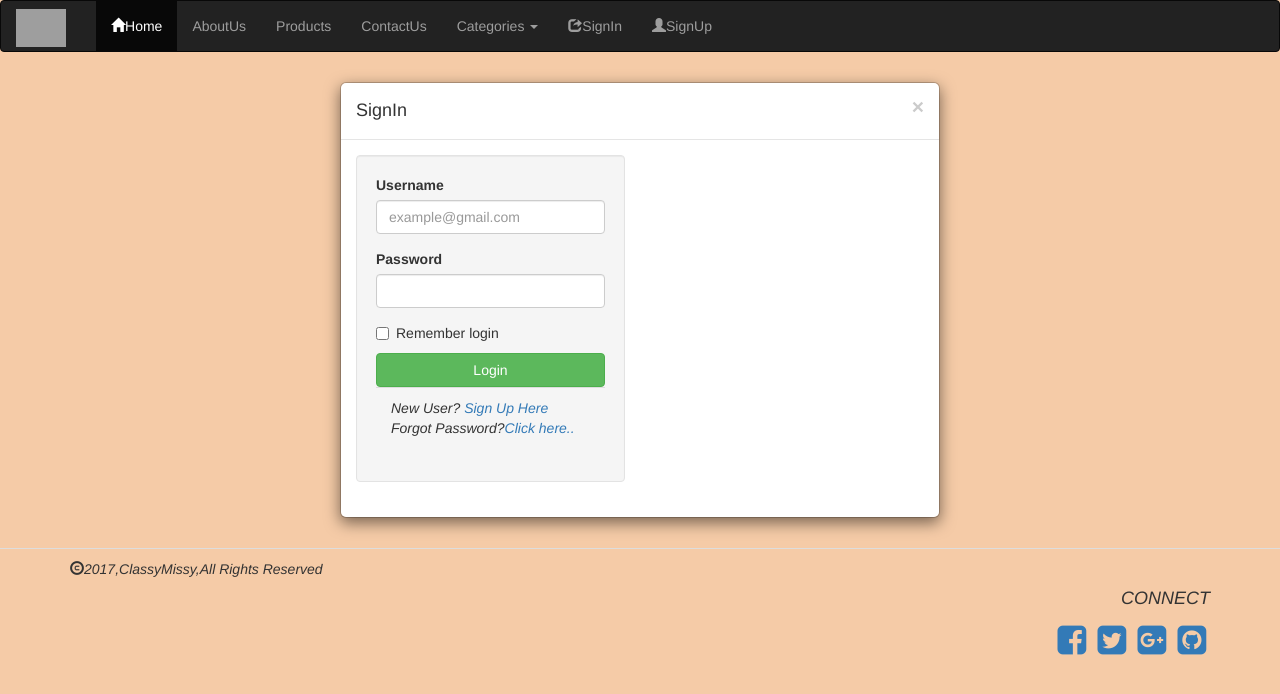
Repository: ananthi024/eCommerce-Project
Page: http://localhost/ClassyMissyFrontend/WEB-INF/views/Login.jsp
The author's editor kept a copy of each file at every save. The page is drawn from the files as they stood at one save, then again after the next save.
The browser window is 1280 px wide. The pictures show the whole page.
Pictures or frames that could not be fetched are drawn as grey boxes. Some web libraries are served in a nearby version. The page is served by Tomcat 9. Nobody is signed in. Other server files are loaded and not shown. The template is opened directly, without the code that normally fills it, so the values that code supplies are empty.

Above is the page before, as saved 2017-07-11 07:21:40.
Console error (its wording comes from the project's code and is left out).

### 11th July/MyProject/ClassyMissyFrontend/src/main/webapp/WEB-INF/views/Login.jsp
<%@ page language="java" contentType="text/html"%>
<%@include file="Header.jsp" %>
<link href="//maxcdn.bootstrapcdn.com/font-awesome/4.1.0/css/font-awesome.min.css" rel="stylesheet">
<meta name="viewport" content="width=device-width,initial-scale=1">
<link rel="stylesheet" href="https://maxcdn.bootstrapcdn.com/bootstrap/3.3.7/css/bootstrap.min.css">
<script src="https://maxcdn.bootstrapcdn.com/bootstrap/3.3.7/js/bootstrap.min.js"></script>
<script src="https://ajax.googleapis.com/ajax/libs/jquery/3.1.1/jquery.min.js"></script>
</head>
<body>
    <div id="login-overlay" class="modal-dialog">
      <div class="modal-content">
          <div class="modal-header">
              <button type="button" class="close" data-dismiss="modal"><span aria-hidden="true">×</span><span class="sr-only">Close</span></button>
              <h4 class="modal-title" id="myModalLabel">SignIn </h4>
          </div>
          <div class="modal-body">
              <div class="row">
                  <div class="col-xs-6">
                      <div class="well">
                          <form id="loginForm" action="perform_login" method="POST"  novalidate="novalidate" required>
                              <div class="form-group">
                                  <label for="username" class="control-label">Username</label>
                                  <input type="text" class="form-control" id="username" name="username" value="" required="" title="Please enter you username" placeholder="example@gmail.com">
                                  <span class="help-block"></span>
                              </div>
                              <div class="form-group">
                                  <label for="password" class="control-label">Password</label>
                                  <input type="password" class="form-control" id="password" name="password" value="" required="" title="Please enter your password">
                                  <span class="help-block"></span>
                              </div>
                              <div id="loginErrorMsg" class="alert alert-error hide">Wrong username or password</div>
                              <div class="checkbox">
                                  <label>
                                      <input type="checkbox" name="remember" id="remember"> Remember login
                                  </label>

                              </div>
                              <button  type="submit" class="btn btn-success btn-block">Login</button>
                              <div class="panel-footer ">
						New User? <a href="Register" onClick=""> Sign Up Here </a>
						</br>
						Forgot Password?<a href="ForgetPassword" onClick="">Click here..</a>
					</div>
                          </form>
                      </div>
                  </div>

              </div>
          </div>
      </div>
  </div>
  <%@include file="Footer.jsp" %>
  </body>
  </html>

### 11th July/MyProject/ClassyMissyFrontend/src/main/webapp/WEB-INF/views/Header.jsp
<%@ page language="java" contentType="text/html"%>
<%@ taglib uri="http://java.sun.com/jsp/jstl/core" prefix="c" %>
<html>
<head>
<title>ClassyMissy</title>

<meta name="viewport" content="width=device-width,initial-scale=1">
<link rel="stylesheet" href="https://maxcdn.bootstrapcdn.com/bootstrap/3.3.7/css/bootstrap.min.css">
<script src="https://maxcdn.bootstrapcdn.com/bootstrap/3.3.7/js/bootstrap.min.js"></script>
<script src="https://ajax.googleapis.com/ajax/libs/jquery/3.1.1/jquery.min.js"></script>

</head>
<body style="background-color:#f5cba7">
<form action="gh">
<!-- Starting The Navbar Code -->
<nav class="navbar navbar-inverse">
<div class="container-fluid">

<div class="navbar-header">
<a class="navbar-brand" rel="home" href="#" title="The Exprssion of Pearl">
                <img style="max-width:50px; margin-top: -7px;"
                     src="cma2.jpg">
            </a>
<a class="navbar-brand" href="Home.jsp"></a>
</div>
<div>
<c:if test="${sessionScope.loggedIn }">

<ul class="nav navbar-nav">
<li class="active"><a href="AdminHome"><span class="glyphicon glyphicon-home"></span>Home</a></li>
<li><a href="Category">Manage Category</a></li>
<li><a href="displayProduct">Manage Products</a>
<li><a href="Supplier">Manage Supplier</a></li>
<div class="nav navbar-nav navbar-right">
<li><a href="Header">Logout</a></li>
</div>

 <div class="nav navbar-nav navbar-right">
  <a href="#">${sessionScope.username}</a>


 </ul>
 </div>
 </c:if>
  </div>

<c:if test="${!sessionScope.loggedIn }">

<ul class="nav navbar-nav">
<li class="active"><a href="index.jsp"><span class="glyphicon glyphicon-home"></span>Home</a></li>
<li><a href="AboutUs">AboutUs</a></li>
<li><a href="displayProduct">Products</a>
<li><a href="ContactUs">ContactUs</a></li>
 <li class="dropdown"><a href="#" class="dropdown-toggle"
 data-toggle="dropdown" role="button" aria-haspopup="true"
 aria-expanded="false">Categories <span class="caret"></span></a>
          <ul class="dropdown-menu">
            <li><a href="#">Earing</a></li>
            <li><a href="#">Bracelet</a></li>
            <li><a href="#">Ring</a></li>
          </ul></li>

<div class="nav navbar-nav navbar-right">
<li><a href="login"><span class="glyphicon glyphicon-share"></span>SignIn </a></li>
<li><a href="Register"><span class="glyphicon glyphicon-user"></span>SignUp </a></li>




</div>
</ul>
</c:if>
</div>
</nav>
</form>
</body>
</html>

### 11th July/MyProject/ClassyMissyFrontend/src/main/webapp/WEB-INF/views/Footer.jsp
<%@ page language="java" contentType="text/html"%>
<!DOCTYPE html PUBLIC "-//W3C//DTD HTML 4.01 Transitional//EN" "http://www.w3.org/TR/html4/loose.dtd">
<html>
<head>
<meta charset="utf-8">
  <meta http-equiv="Content-Type" content="text/html; charset=ISO-8859-1">
  <meta name="viewport" content="width=device-width, initial-scale=1">
  <link rel="stylesheet" href="https://maxcdn.bootstrapcdn.com/bootstrap/3.3.7/css/bootstrap.min.css">
  <link rel="stylesheet" href="https://cdnjs.cloudflare.com/ajax/libs/font-awesome/4.6.3/css/font-awesome.min.css">
  <link href="//maxcdn.bootstrapcdn.com/font-awesome/4.1.0/css/font-awesome.min.css" rel="stylesheet">
  <link href="https://maxcdn.bootstrapcdn.com/bootstrap/3.3.5/css/bootstrap.min.css" rel="stylesheet" integrity="sha256-MfvZlkHCEqatNoGiOXveE8FIwMzZg4W85qfrfIFBfYc= sha512-dTfge/zgoMYpP7QbHy4gWMEGsbsdZeCXz7irItjcC3sPUFtf0kuFbDz/ixG7ArTxmDjLXDmezHubeNikyKGVyQ==" crossorigin="anonymous">
   <script src="https://ajax.googleapis.com/ajax/libs/jquery/1.12.4/jquery.min.js"></script>
  <script src="https://maxcdn.bootstrapcdn.com/bootstrap/3.3.7/js/bootstrap.min.js"></script>
  <style>
.panel-footer{
	background-color: transparent;
	font-style: oblique;
}
body{
	background-color: none;
	font:oblique;
	size:18;
}
.social:hover {
     -webkit-transform: scale(1.1);
     -moz-transform: scale(1.1);
     -o-transform: scale(1.1);
 }
 .social {
     -webkit-transform: scale(0.8);
     /* Browser Variations: */

     -moz-transform: scale(0.8);
     -o-transform: scale(0.8);
     -webkit-transition-duration: 0.5s;
     -moz-transition-duration: 0.5s;
     -o-transition-duration: 0.5s;
 }
/*
    Multicoloured Hover Variations
*/

 #social-fb:hover {
     color: #3B5998;
 }
 #social-tw:hover {
     color: #4099FF;
 }
 #social-gp:hover {
     color: #d34836;
 }
 #social-gh:hover {
     color: black;
 }
</style>
</head>
<body>
<div class="panel-footer">
<div class="container">
  <span class="glyphicon glyphicon-copyright-mark"></span>2017,ClassyMissy,All Rights Reserved

<div class="text-right right-block">
                <h4 >CONNECT</h4>
                <a href="https://www.facebook.com"><i id="social-fb" class="fa fa-facebook-square fa-3x social"></i></a>
	            <a href="https://twitter.com"><i id="social-tw" class="fa fa-twitter-square fa-3x social"></i></a>
	            <a href="https://plus.google.com"><i id="social-gp" class="fa fa-google-plus-square fa-3x social"></i></a>
	            <a href="https://github.com"><i id="social-gh" class="fa fa-github-square fa-3x social"></i></a>
</div>

</div>

</div>
</body>
</html>

<!-- // -->

After the next save:
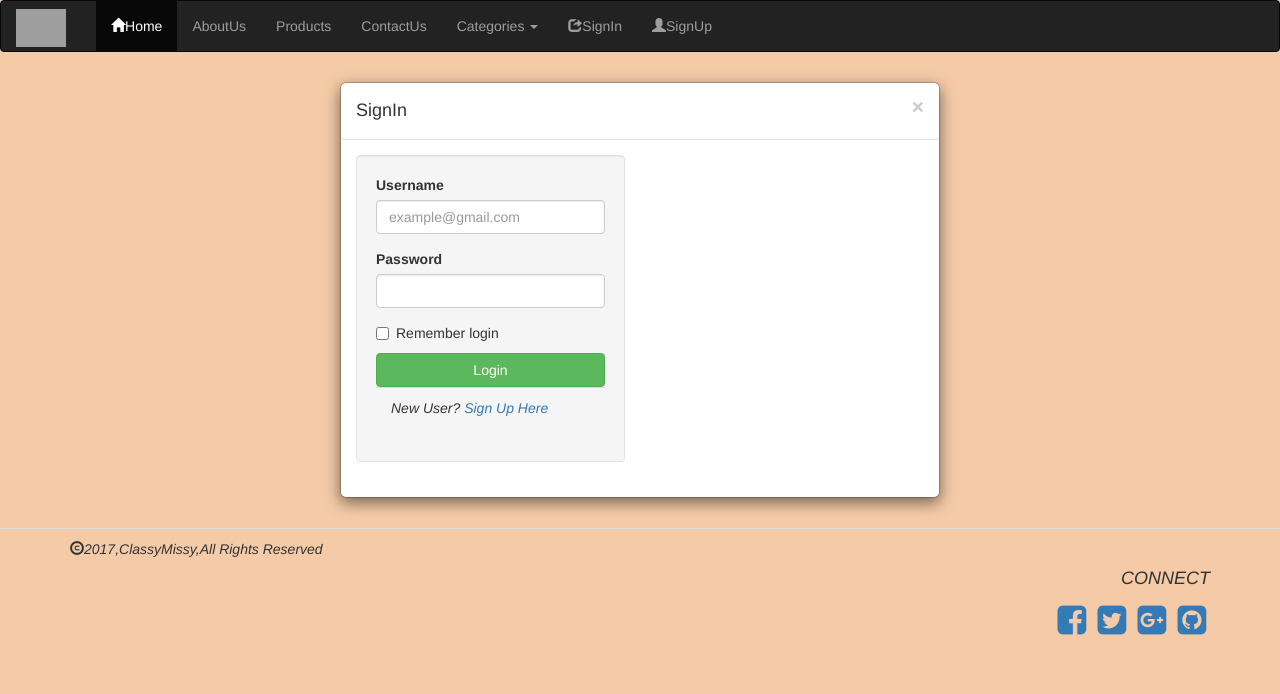
Saved 80 s later.
--- a/11th July/MyProject/ClassyMissyFrontend/src/main/webapp/WEB-INF/views/Login.jsp
+++ b/11th July/MyProject/ClassyMissyFrontend/src/main/webapp/WEB-INF/views/Login.jsp
@@ -39,7 +39,7 @@
                               <div class="panel-footer ">
 						New User? <a href="Register" onClick=""> Sign Up Here </a>
 						</br>
-						Forgot Password?<a href="ForgetPassword" onClick="">Click here..</a>
+
 					</div>
                           </form>
                       </div>
